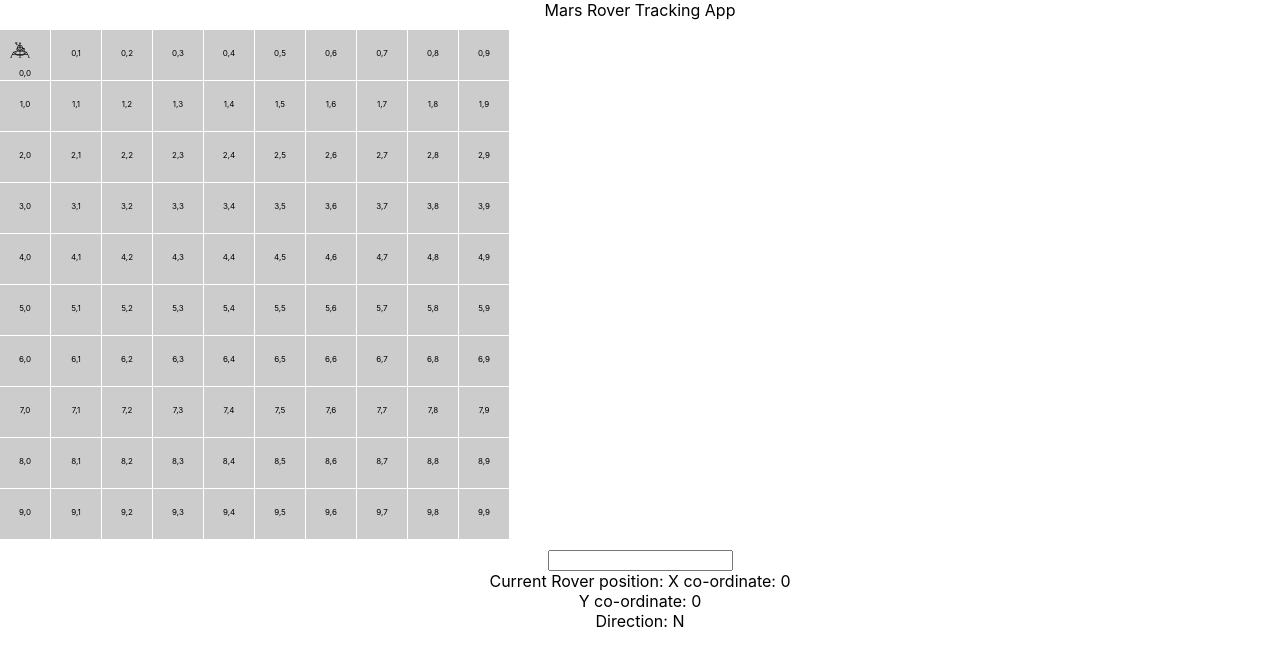
Repository: madhurisandbhor/Rover-Tracking-App
Page: /
An editor plug-in stored every save of this project. The page is shown before and after the next save, followed by the edit.
The browser window is 1280 px wide. The pictures show the whole page.
The project was rebuilt for these pictures with package versions that can differ from the ones it lists, and the page was loaded fresh each time.

Above is the page before, as saved 2021-09-06 18:49:29.

### src/App.js
import './App.css';
import Grid from './Grid'

function App() {
  return (
    <div className="App">
      <div>Mars Rover Tracking App</div>
      <Grid />
    </div>
  );
}

export default App;

### src/Grid.jsx
import React, { useState, useEffect } from 'react'
import { maxY, maxX, x, y, d } from './constants'
import testGrid from './testGrid'
import roverIcon from './svg/rover-icon.svg'

const wrapper = {
  width: '100%',
  margin: '10px auto',
  display: 'grid',
  gridTemplateColumns: `repeat(${maxY + 1}, 50px)`,
  gridTemplateRows: `repeat(${maxX + 1}, 50px)`,
  gridGap: '1px',
}

const itemStyle = {
  padding: '10px',
  backgroundColor: '#ccc',
}

const itemSpan = {
  fontSize: '8px',
}

const roverImg = {
  width: '20px',
  height: '20px',
  alignText: 'center',
}

const Grid = () => {
  const gridLength = (maxX + 1) * (maxY + 1)
  const arr = Array(gridLength).fill()
  const [input, setInput] = useState('')
  const [roverXPosition, setRoverXPosition] = useState(x)
  const [roverYPosition, setRoverYPosition] = useState(y)
  const [roverDirection, setRoverDirection] = useState(d)

  useEffect(() => {
    const result = testGrid(input)
    setRoverXPosition(result[0]) // X-position
    setRoverYPosition(result[1]) // y-position
    setRoverDirection(result[2]) // direction
  }, [input])

  return (
    <div>
      <div style={wrapper}>
        {arr.map((item, index) => (
          <div key={index} style={itemStyle}>
            {roverXPosition * 10 + roverYPosition === index && (
              <div style={roverImg}>
                <img style={{ width: '100%' }} src={roverIcon} alt="rover" />
              </div>
            )}
            <span style={itemSpan}>
              {Math.floor(index / 10)},{index % 10}
            </span>
          </div>
        ))}
      </div>
      <input
        name="inputString"
        value={input}
        onChange={(event) => setInput(event.target.value)}
      />
      <div>
        <div>Current Rover position: X co-ordinate: {roverXPosition}</div>
        <div>Y co-ordinate: {roverYPosition}</div>
        <div> Direction: {roverDirection}</div>
      </div>
    </div>
  )
}

export default Grid

### src/constants.js
export const x = 0, y = 0, maxX = 9, maxY = 9;
export const d = 'N';
export const directionsToRight = ['N', 'E', 'S', 'W']
export const directionsToLeft = ['N', 'W', 'S', 'E']

### src/testGrid.js
import {
  x,
  y,
  d,
  directionsToRight,
  directionsToLeft,
  maxX,
  maxY,
} from './constants'

const testGrid = (testString) => {
  const roverPosition = [x, y, d]
  const testArr = testString.split('')

  for (let i = 0; i < testArr.length; i++) {
    if (testArr[i] === 'r') {
      let currDirIndex = directionsToRight.findIndex(
        (item) => item === roverPosition[2]
      )
      if (currDirIndex > -1 && currDirIndex < 3)
        roverPosition[2] = directionsToRight[currDirIndex + 1]
      else roverPosition[2] = directionsToRight[0]
    } else if (testArr[i] === 'l') {
      let currDirIndex = directionsToLeft.findIndex(
        (item) => item === roverPosition[2]
      )
      if (currDirIndex > -1 && currDirIndex < 3)
        roverPosition[2] = directionsToLeft[currDirIndex + 1]
      else roverPosition[2] = directionsToLeft[0]
    } else if (testArr[i] === 'f') {
      if (roverPosition[2] === 'E') {
        if (roverPosition[1] < maxY) roverPosition[1]++
        else roverPosition[1] = 0
      } else if (roverPosition[2] === 'S') {
        if (roverPosition[0] < maxX) roverPosition[0]++
        else roverPosition[0] = 0
      } else if (roverPosition[2] === 'N') {
        if (roverPosition[0] <= 0) roverPosition[0] = maxX
        else roverPosition[0]--
      } else if (roverPosition[2] === 'W') {
        if (roverPosition[1] <= 0) roverPosition[1] = maxY
        else roverPosition[1]--
      }
    }
  }

  return roverPosition
}

export default testGrid

Loaded but not shown: public/index.html (common file); src/index.js (common file); src/index.css (common file); src/App.css (common file)

After the next save:
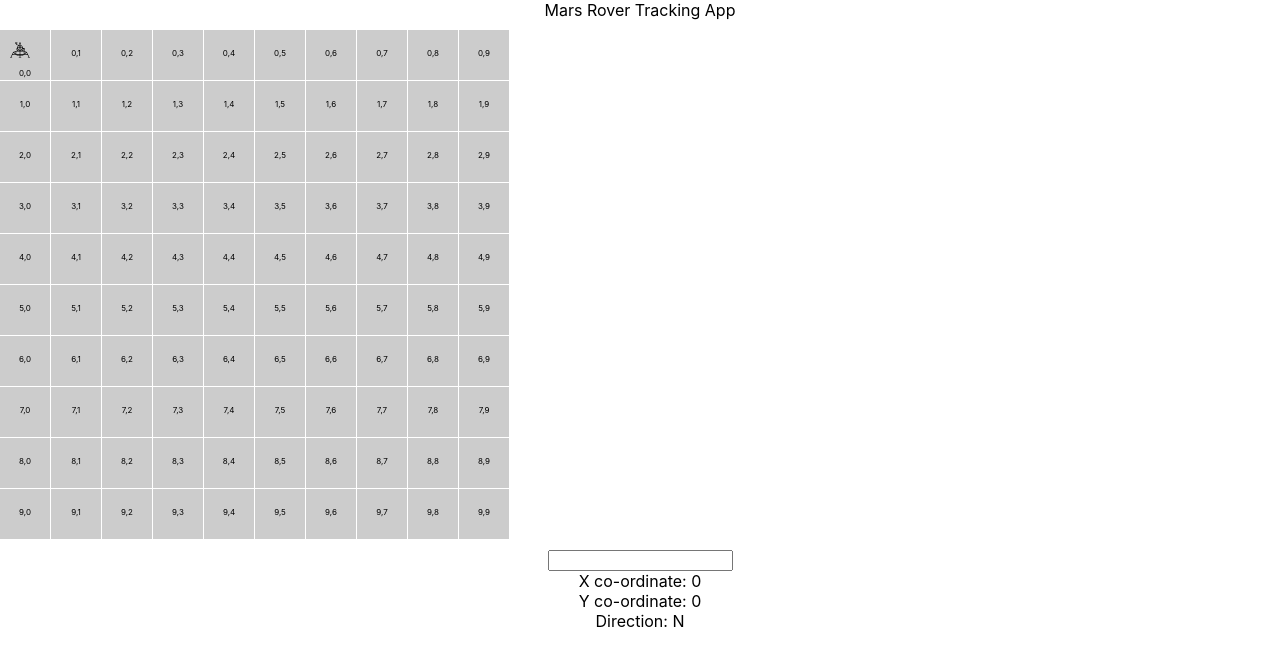
Saved 7 s later.
--- a/src/Grid.jsx
+++ b/src/Grid.jsx
@@ -64,7 +64,7 @@ const Grid = () => {
         onChange={(event) => setInput(event.target.value)}
       />
       <div>
-        <div>Current Rover position: X co-ordinate: {roverXPosition}</div>
+        <div>X co-ordinate: {roverXPosition}</div>
         <div>Y co-ordinate: {roverYPosition}</div>
         <div> Direction: {roverDirection}</div>
       </div>
